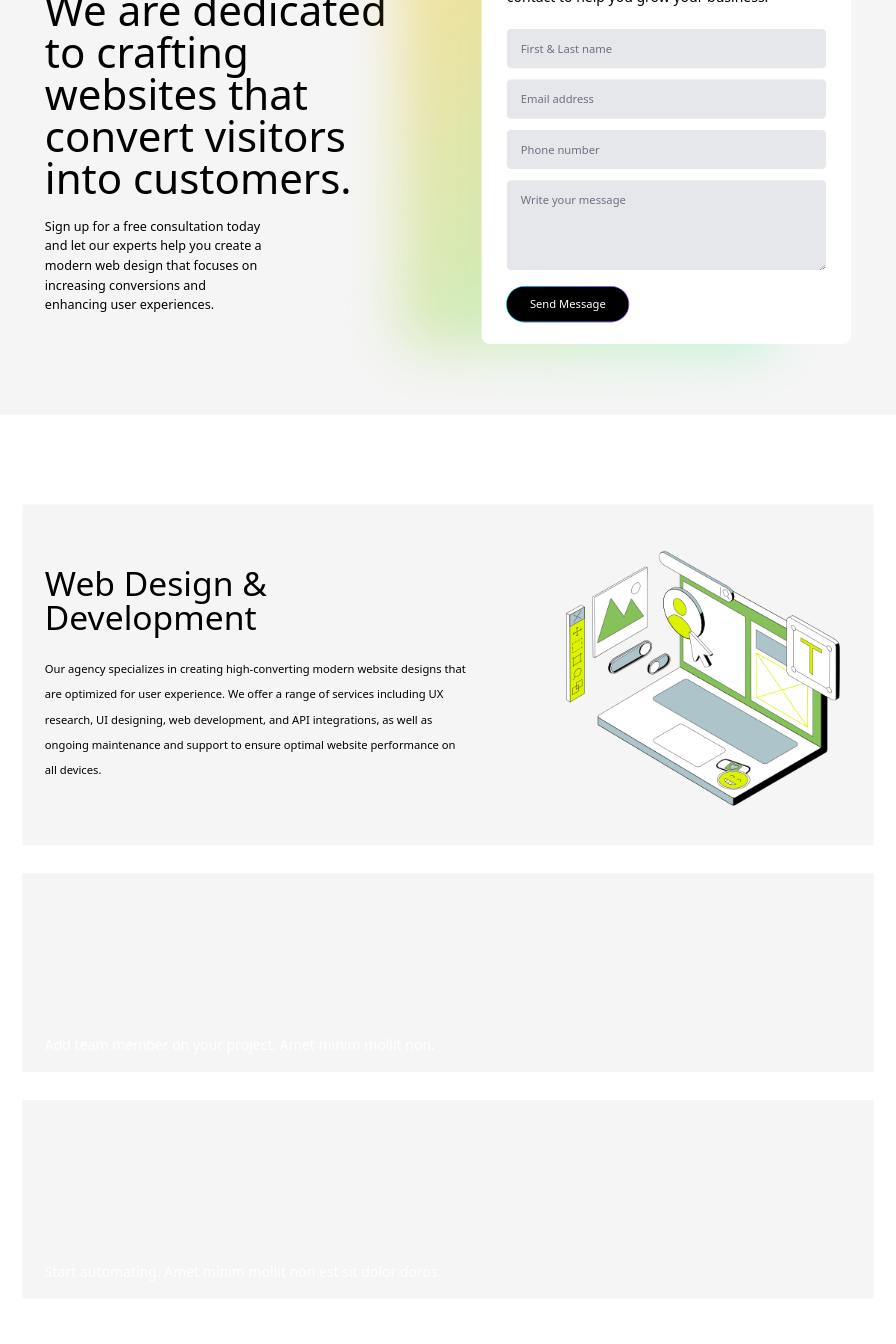
Repository: ornelasedward/mired_website
Page: /
These files come from the project's save history. The page is drawn as it stood at one moment and after the next save; the edit follows.
The browser window is 1280 px wide. The pictures show the part of the page from y = 1441 to 3361 px (the page is 3425 px tall), at 70% of full size.
The project was rebuilt for these pictures with package versions that can differ from the ones it lists, and the page was loaded fresh each time. The framework's server and built-in components were replaced by stand-ins that run in the browser. Also part of the build but not shown: next.config.js.

Above is the page before, as saved 2023-03-28 20:15:26.

### app/layout.tsx
import "./globals.css";

export const metadata = {
  title: "Mired",
  description: "Web design and development services",
};

export default function RootLayout({
  children,
}: {
  children: React.ReactNode;
}) {
  return (
    <html lang="en" className="bg-[#F5F5F5]">
      <body>{children}</body>
    </html>
  );
}

### app/page.tsx
import Header from "@/components/Header";
import Hero from "@/components/Hero";
import Services from "@/components/Services";
import CTA from "@/components/CTA";
import { Inter } from "next/font/google";
import Testimonial from "@/components/Testimonials";
import FAQ from "@/components/FAQ";
import Contact from "@/components/Contact";
import Footer from "@/components/Footer";

const inter = Inter({ subsets: ["latin"] });

export default function Home() {
  return (
    <main>
      <Hero />
      <Header />
      <Services />
      {/*  <CTA />
      <Testimonial />
      <FAQ />
      <Contact />
      <Footer /> */}
    </main>
  );
}

### components/Header.tsx
export default function Header() {
  return (
    <section className="py-12 overflow-hidden sm:py-16 lg:py-20 xl:py-24">
      <div className="px-4 mx-auto max-w-7xl sm:px-6 lg:px-8">
        <div className="grid max-w-6xl grid-cols-1 mx-auto gap-y-12 lg:grid-cols-2 lg:gap-x-16 xl:gap-x-24">
          <div className="relative flex flex-col justify-between max-w-lg lg:py-12 lg:max-w-none">
            <div className="flex-1">
              <p className="text-sm font-normal tracking-widest uppercase">
                <span className="text-transparent bg-clip-text bg-gradient-to-r from-cyan-500 to-purple-500">
                  {" "}
                  Have a project in mind?{" "}
                </span>
              </p>
            </div>

            <div className="mt-6 lg:mt-auto">
              <h2 className="text-3xl font-normal text-black sm:text-4xl lg:text-5xl xl:text-6xl">
                We are dedicated to crafting websites that convert visitors into
                customers.
              </h2>
              <p className="mt-4 text-base font-normal text-black lg:max-w-xs sm:text-lg sm:mt-6">
                Sign up for a free consultation today and let our experts help
                you create a modern web design that focuses on increasing
                conversions and enhancing user experiences.
              </p>
            </div>
          </div>

          <div className="relative flex items-center justify-center">
            <div className="absolute right-1/4 transform translate-x-4 -translate-y-1/2 top-1/2 bg-gradient-to-br from-[#F7BE08] to-[#55F5A3] w-full h-full blur-2xl opacity-40" />

            <div className="relative overflow-hidden bg-white rounded-xl">
              <div className="p-6 sm:py-8 sm:px-9">
                <p className="text-xl font-normal text-black">
                  Let us know about your business & we will be in contact to
                  help you grow your business.
                </p>

                <form action="#" method="POST" className="mt-8 space-y-4">
                  <div>
                    <label for="" className="sr-only">
                      {" "}
                      Full name{" "}
                    </label>
                    <div>
                      <input
                        type="text"
                        name=""
                        id=""
                        placeholder="First & Last name"
                        className="block w-full px-5 py-4 text-base text-black placeholder-gray-500 bg-gray-200 rounded-md focus:border-black focus:ring-1 focus:ring-black"
                      />
                    </div>
                  </div>

                  <div>
                    <label for="" className="sr-only">
                      {" "}
                      Email address{" "}
                    </label>
                    <div>
                      <input
                        type="email"
                        name=""
                        id=""
                        placeholder="Email address"
                        className="block w-full px-5 py-4 text-base text-black placeholder-gray-500 bg-gray-200 rounded-md focus:border-black focus:ring-1 focus:ring-black"
                      />
                    </div>
                  </div>

                  <div>
                    <label for="" className="sr-only">
                      {" "}
                      Phone number{" "}
                    </label>
                    <div>
                      <input
                        type="tel"
                        name=""
                        id=""
                        placeholder="Phone number"
                        className="block w-full px-5 py-4 text-base text-black placeholder-gray-500 bg-gray-200 rounded-md focus:border-black focus:ring-1 focus:ring-black"
                      />
                    </div>
                  </div>

                  <div>
                    <label for="" className="sr-only">
                      {" "}
                      Message{" "}
                    </label>
                    <div>
                      <textarea
                        name=""
                        id=""
                        placeholder="Write your message"
                        rows="4"
                        className="block w-full px-5 py-4 text-base text-black placeholder-gray-500 bg-gray-200 rounded-md focus:border-black focus:ring-1 focus:ring-black"
                      ></textarea>
                    </div>
                  </div>

                  <div>
                    <div className="relative inline-flex mt-2 group">
                      <div className="absolute transition-all duration-200 rounded-[2rem] -inset-px bg-gradient-to-r from-cyan-500 to-purple-500 group-hover:shadow-lg group-hover:shadow-cyan-500/50"></div>
                      <button
                        type="button"
                        className="relative inline-flex items-center justify-center px-8 py-3 text-base font-normal text-white bg-black border border-transparent rounded-[2rem]"
                        role="button"
                      >
                        Send Message
                      </button>
                    </div>
                  </div>
                </form>
              </div>
            </div>
          </div>
        </div>
      </div>
    </section>
  );
}

### components/Services.tsx
import Image from "next/image";
import Laptop from "../images/Laptop.png";

export default function Services() {
  return (
    <div className="bg-white">
      <div className="relative px-4 mx-auto sm:px-6 lg:px-8 max-w-7xl">
        <div className="grid grid-cols-1 gap-10 py-32">
          <div className="bg-[#F5F5F5]">
            <div className="grid grid-cols-5">
              <div className="col-span-3 flex items-center max-w-2xl">
                <div className="sm:px-8 flex flex-col lg:gap-8 gap-6 max-w-2xl">
                  <h1 className="xl:text-5xl text-4xl font-normal text-black">
                    Web Design & Development
                  </h1>
                  <p className="text-md font-light leading-9">
                    Our agency specializes in creating high-converting modern
                    website designs that are optimized for user experience. We
                    offer a range of services including UX research, UI
                    designing, web development, and API integrations, as well as
                    ongoing maintenance and support to ensure optimal website
                    performance on all devices.
                  </p>
                </div>
              </div>
              <div className="col-span-2">
                <Image
                  className="m-auto"
                  src={Laptop}
                  alt=""
                  width={500}
                  height={500}
                />
              </div>
            </div>
          </div>

          <div className="bg-[#F5F5F5]">
            <div className="p-6 sm:px-8">
              <p className="mt-12 text-xl font-normal text-white lg:mt-32 xl:mt-52">
                Add team member on your project. Amet minim mollit non.
              </p>
            </div>
          </div>

          <div className="bg-[#F5F5F5]">
            <div className="p-6 sm:px-8">
              <p className="mt-12 text-xl font-normal text-white lg:mt-32 xl:mt-52">
                Start automating. Amet minim mollit non est sit dolor doros.
              </p>
            </div>
          </div>
        </div>
      </div>
    </div>
  );
}

Loaded but not shown: app/globals.css (common file); tailwind.config.js (common file); components/Hero.tsx (254 lines, source omitted)

After the next save:
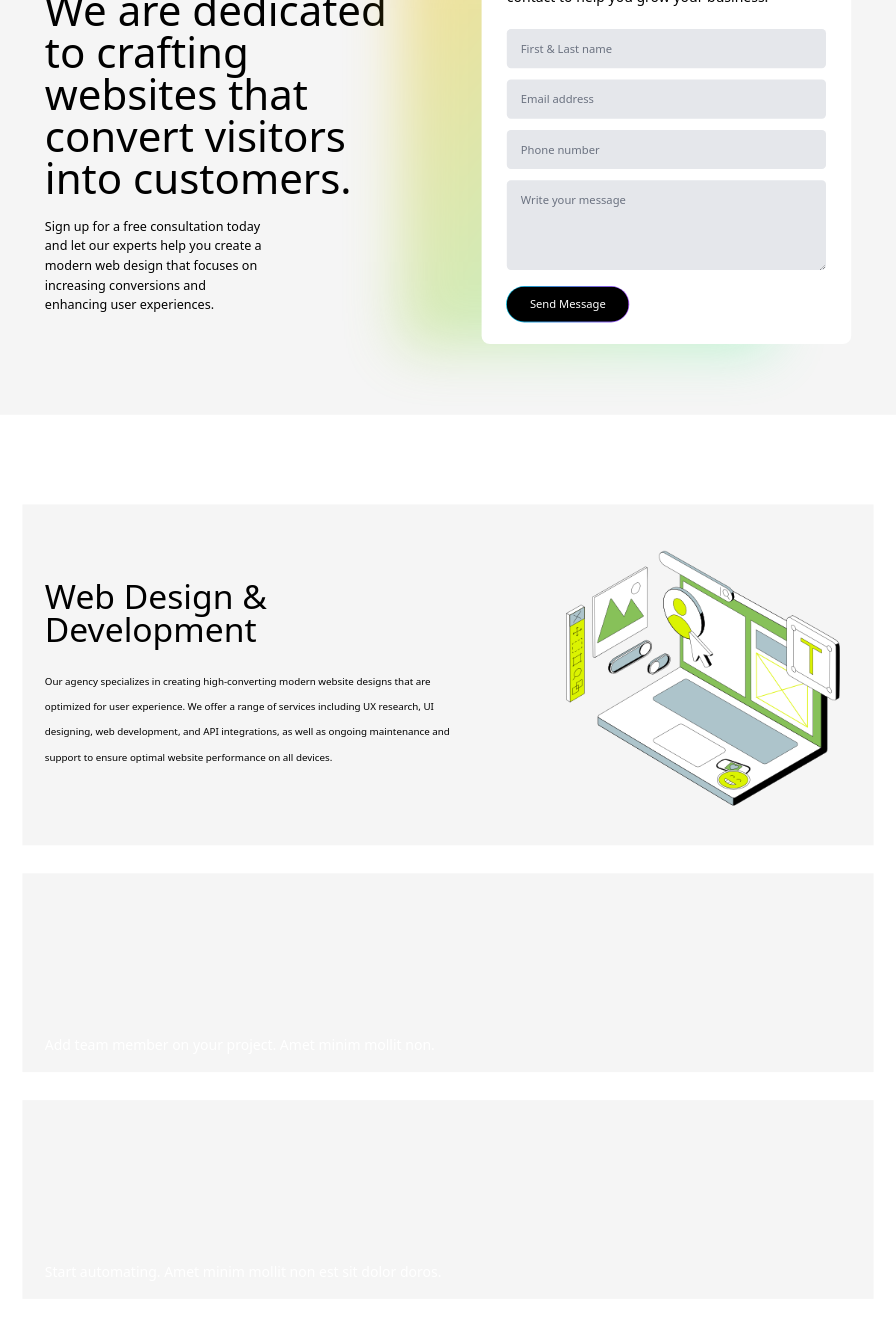
Saved 24 s later.
--- a/components/Services.tsx
+++ b/components/Services.tsx
@@ -13,7 +13,7 @@
                   <h1 className="xl:text-5xl text-4xl font-normal text-black">
                     Web Design & Development
                   </h1>
-                  <p className="text-md font-light leading-9">
+                  <p className="lg:text-md text-sm font-light leading-9">
                     Our agency specializes in creating high-converting modern
                     website designs that are optimized for user experience. We
                     offer a range of services including UX research, UI

After the 3 saves that followed:
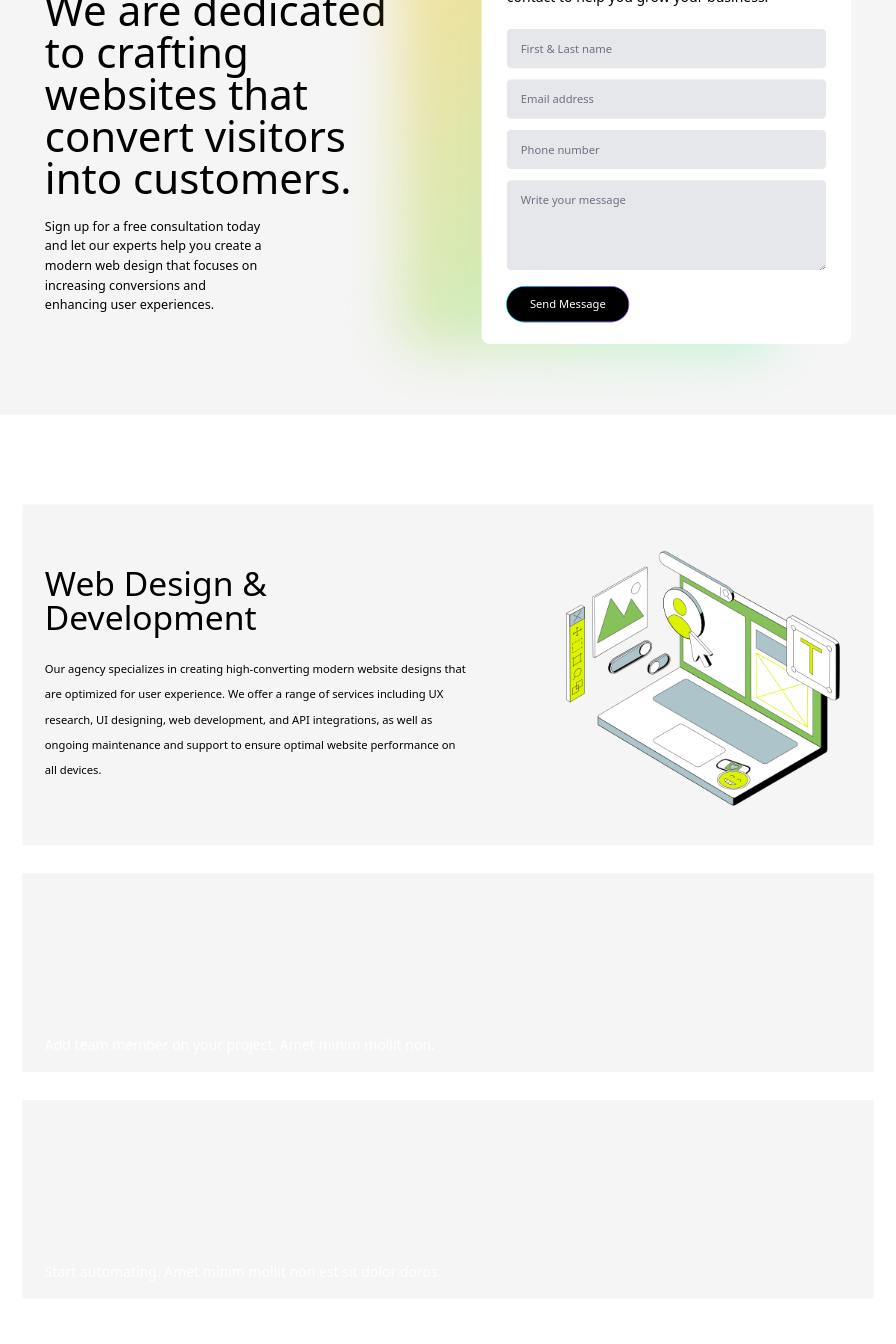
The 3 saves are shown as one change because 1 left the picture as it was and some came seconds apart.
The last was saved 32 s later.
--- a/components/Services.tsx
+++ b/components/Services.tsx
@@ -13,7 +13,7 @@
                   <h1 className="xl:text-5xl text-4xl font-normal text-black">
                     Web Design & Development
                   </h1>
-                  <p className="lg:text-md text-sm font-light leading-9">
+                  <p className="text-md font-light leading-9">
                     Our agency specializes in creating high-converting modern
                     website designs that are optimized for user experience. We
                     offer a range of services including UX research, UI
